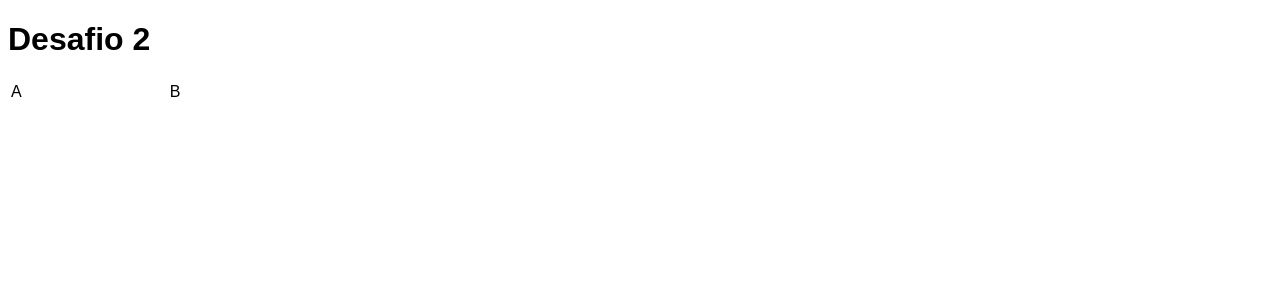
Repository: railsondev/html-css
Page: Módulo3/Desafio/D03 - tabela 1/tabela1.html
An editor plug-in stored every save of this project. The page is shown before and after the next save, followed by the edit.
The browser window is 1280 px wide. The pictures show the whole page.

Above is the page before, as saved 2024-10-19 22:14:01.

After the next save:
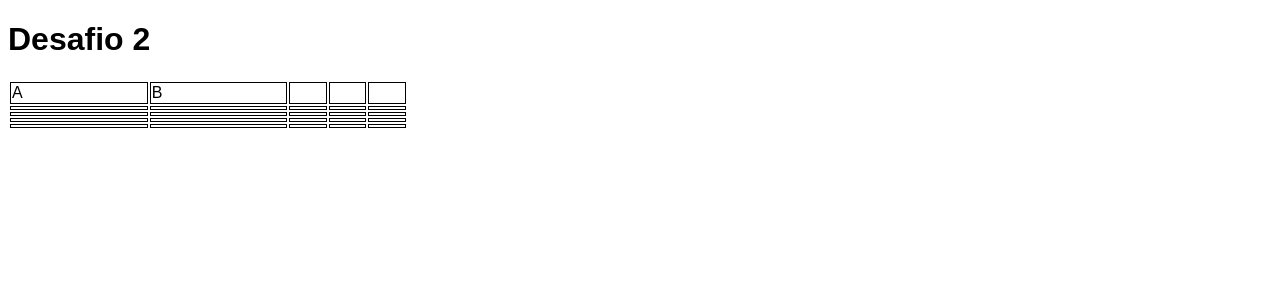
Saved 6 s later.
--- a/Módulo3/Desafio/D03 - tabela 1/style.css
+++ b/Módulo3/Desafio/D03 - tabela 1/style.css
@@ -10,5 +10,6 @@ table {
 }
 
 td {
-  border: 1px soli;
+  border: 1px solid black;
+
 }
